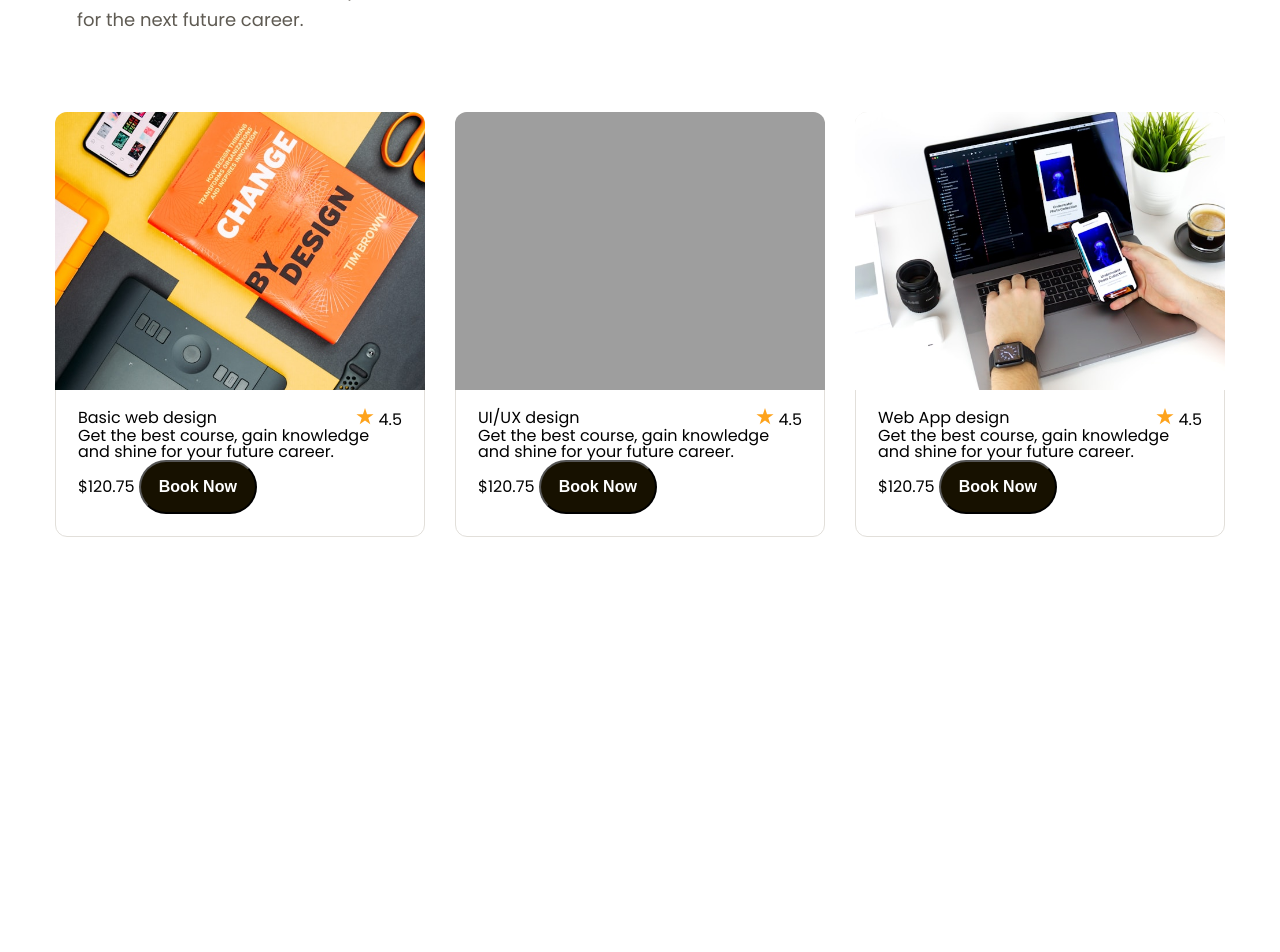
Repository: vancong171001/f8-html-css-02
Page: index.html
An editor plug-in stored every save of this project. The page is shown before and after a run of saves, followed by the edit.
The browser window is 1280 px wide. The pictures show the part of the page from y = 1205 to 2157 px (the page is 5000 px tall).
Pictures or frames that could not be fetched are drawn as grey boxes. A picture or video elsewhere on the page could not be fetched, so the positions and the page height are approximate.

Above is the page before, as saved 2025-03-11 14:21:37.

After the next 3 saves:
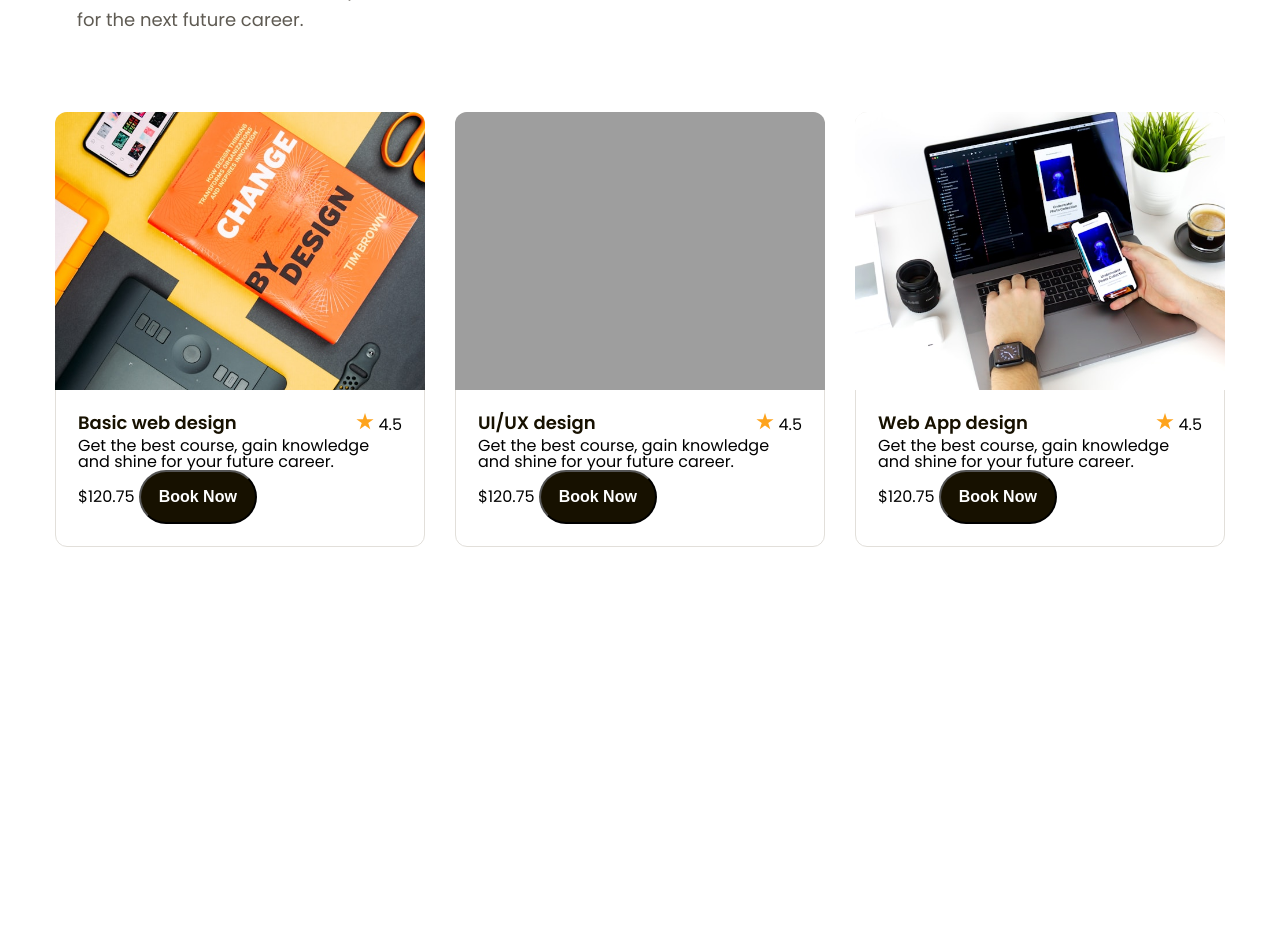
The 3 saves are shown as one change because they came seconds apart.
The last was saved 16 s later.
--- a/assets/css/style.css
+++ b/assets/css/style.css
@@ -340,6 +340,9 @@
   align-items: center;
 }
 
-.popular .info {
-
-}
+.popular .info .title {
+  color: #171100;
+  font-size: 18px;
+  font-weight: 600;
+  line-height: 30px; /* 166.667% */
+}
